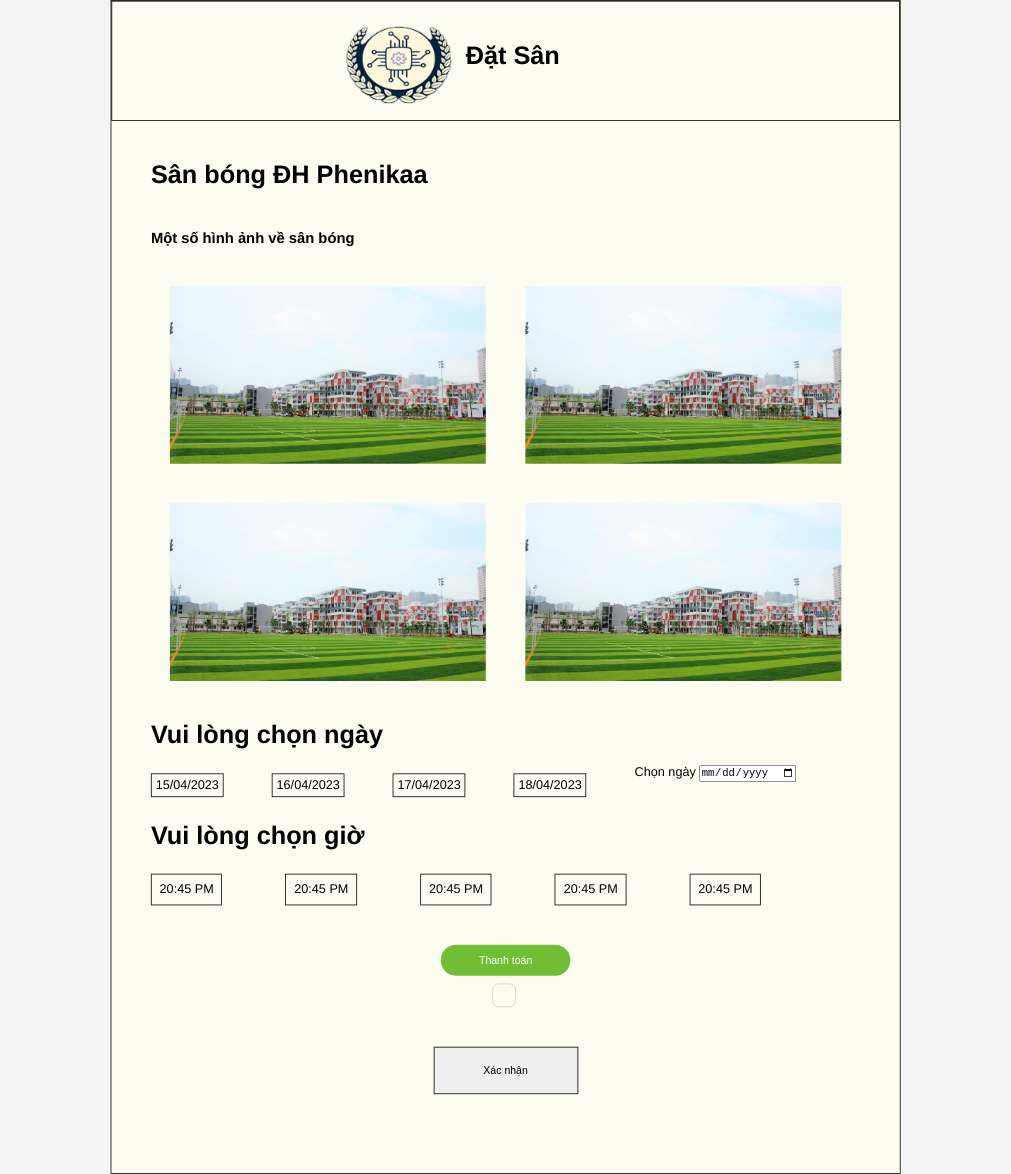
Repository: tus3300/BTL
Page: code/tacket.html
The author's editor kept a copy of each file at every save. The page is drawn from the files as they stood at one save, then again after the next save.
The browser window is 1280 px wide. The pictures show the whole page, at 79% of full size.

Above is the page before, as saved 2023-05-21 00:23:16.

### code/tacket.html
<div class="tacket">

    <link href="https://cdnjs.cloudflare.com/ajax/libs/font-awesome/5.15.0/css/all.min.css" rel="stylesheet">
    <link href="lib/owlcarousel/assets/owl.carousel.min.css" rel="stylesheet">
    <link rel="stylesheet" href="css/test.css">
    <link rel="preconnect" href="https://fonts.gstatic.com">
    <link href="https://fonts.googleapis.com/css2?family=Roboto:wght@300;400;500;700;900&display=swap" rel="stylesheet">
    <div class="head-tacket">
        <img src="./img/logo.png" alt="" class="">
        <h1 class="">Đặt Sân</h1>
    </div>
    <div class="main-tacket">
      <div id="toast"></div>
        <div class="head-main-tacket">
            <h1 class="">Sân bóng ĐH Phenikaa</h1>
            <h3 class="">Một số hình ảnh về sân bóng</h3>
            <div class="main-tacket-img">
                <img src="./img/news-500x280-4.jpg" alt="" class="">
                <img src="./img/news-500x280-4.jpg" alt="" class="">
                <img src="./img/news-500x280-4.jpg" alt="" class="">
                <img src="./img/news-500x280-4.jpg" alt="" class="">
            </div>
        </div>
        <div class="main-main-tacket">
            <div class="day-main-ticket">
                <h1 class="h1-main-tacket">Vui lòng chọn ngày</h1>
                <div class="round-ul">
                    <ul class="ul-day-tacket">
                        <li class="li-tacket">
                            <div class="item-tacket">
                                15/04/2023
                            </div>
                        </li>
                        <li class="li-tacket">
                            <div class="item-tacket">
                                16/04/2023
                            </div>
                        </li>
                        <li class="li-tacket">
                            <div class="item-tacket">
                                17/04/2023
                            </div>
                        </li>
                        <li class="li-tacket">
                            <div class="item-tacket">
                                18/04/2023
                            </div>
                        </li>

                        <div class="datepicker">
                            <label for="dateofbirth">Chọn ngày</label>
                            <input type="date" name="dateofbirth" id="dateofbirth">
                        </div>
                    </ul>
                </div>
            </div>

            <div class="hour-main-ticket">
                <h1 class="h1-main-tacket">Vui lòng chọn giờ</h1>
                <ul class="ul-hour-ticket">
                    <li class="li-hour-ticket">
                        <div class="hour-ticket">20:45 PM</div>
                    </li>
                    <li class="li-hour-ticket">
                        <div class="hour-ticket">20:45 PM</div>
                    </li>
                    <li class="li-hour-ticket">
                        <div class="hour-ticket">20:45 PM</div>
                    </li>
                    <li class="li-hour-ticket">
                        <div class="hour-ticket">20:45 PM</div>
                    </li>
                    <li class="li-hour-ticket">
                        <div class="hour-ticket">20:45 PM</div>
                    </li>
                </ul>
            </div>
        </div>
    </div>

    <div class="foot-ticket">
        <div class="bill-ticket">
           <div onclick="showSuccessToast();" class="btn btn--success"><button>Thanh toán</button></div>
        </div>
        <div class="check-bill">
            <style>
              .checkbox-style {
                display: inline-flex;
                align-items: center;
                gap: 10px;
                cursor: pointer;
                display: flex;
                justify-content: center;
                align-items: center;
                margin-top: 10px;
                margin-left: 5px;
              }
              .checkbox-label {
                cursor: pointer;
              }
              .checkbox-style input {
                display: none;
              }
              .checkbox-box {
                width: 30px;
                height: 30px;
                border: 1px solid #ccc;
                border-radius: 8px;
                padding: 5px;
                color: transparent;
                transition: all 0.2s linear;
              }
              .checkbox-input:checked + .checkbox-box {
                background-color: #6a5af9;
                border-color: #6a5af9;
                color: white;
              }
            </style>
            <label for="checkbox" class="checkbox-style">
              <input
                type="checkbox"
                name="evondev"
                id="checkbox"
                class="checkbox-input"
              />
              <div class="checkbox-box">
                <svg
                  xmlns="http://www.w3.org/2000/svg"
                  class="h-5 w-5"
                  viewBox="0 0 20 20"
                  fill="currentColor"
                >
                  <path
                    fill-rule="evenodd"
                    d="M16.707 5.293a1 1 0 010 1.414l-8 8a1 1 0 01-1.414 0l-4-4a1 1 0 011.414-1.414L8 12.586l7.293-7.293a1 1 0 011.414 0z"
                    clip-rule="evenodd"
                  />
                </svg>
              </div>
              <label for="checkbox" class="checkbox-label"></label>
            </label>
        </div>
        <div class="check-ticket">
          <a href="" class=""><button>Xác nhận</button></a>
        </div>
    </div>


  <script src="js/test.js"></script>
</div>
<script src="js/date.js"></script>

### code/css/test.css
* {
  padding: 0;
  margin: 0;
  box-sizing: border-box;
}

body {
  height: 100vh;
  display: flex;
  flex-direction: column;
  font-family: "Helvetica Neue";
  background-color: #f4f4f5;
}

body > div {
  margin: auto;
}

/* ======= Buttons ======== */

/* Block */
.btn {
  display: inline-block;
  text-decoration: none;
  background-color: transparent;
  border: none;
  outline: none;
  color: #fff;
  padding: 12px 48px;
  border-radius: 50px;
  cursor: pointer;
  min-width: 120px;
  transition: opacity 0.2s ease;
}

/* Modifier */
.btn--size-l {
  padding: 16px 56px;
}

.btn--size-s {
  padding: 8px 32px;
}

.btn:hover {
  opacity: 0.8;
}

.btn + .btn {
  margin-left: 16px;
}

.btn--success {
  background-color: #71be34;
}

.btn--warn {
  background-color: #ffb702;
}

.btn--danger {
  background-color: #ff623d;
}

.btn--disabled {
  opacity: 0.5 !important;
  cursor: default;
}

/* ======= Toast message ======== */

#toast {
  position: fixed;
  top: 32px;
  right: 32px;
  z-index: 999999;
}

.toast {
  display: flex;
  align-items: center;
  background-color: #fff;
  border-radius: 2px;
  padding: 20px 0;
  min-width: 400px;
  max-width: 450px;
  border-left: 4px solid;
  box-shadow: 0 5px 8px rgba(0, 0, 0, 0.08);
  transition: all linear 0.3s;
}

@keyframes slideInLeft {
  from {
    opacity: 0;
    transform: translateX(calc(100% + 32px));
  }
  to {
    opacity: 1;
    transform: translateX(0);
  }
}

@keyframes fadeOut {
  to {
    opacity: 0;
  }
}

.toast--success {
  border-color: #47d864;
}

.toast--success .toast__icon {
  color: #47d864;
}

.toast--info {
  border-color: #2f86eb;
}

.toast--info .toast__icon {
  color: #2f86eb;
}

.toast--warning {
  border-color: #ffc021;
}

.toast--warning .toast__icon {
  color: #ffc021;
}

.toast--error {
  border-color: #ff623d;
}

.toast--error .toast__icon {
  color: #ff623d;
}

.toast + .toast {
  margin-top: 24px;
}

.toast__icon {
  font-size: 24px;
}

.toast__icon,
.toast__close {
  padding: 0 16px;
}

.toast__body {
  flex-grow: 1;
}

.toast__title {
  font-size: 16px;
  font-weight: 600;
  color: #333;
}

.toast__msg {
  font-size: 14px;
  color: #888;
  margin-top: 6px;
  line-height: 1.5;
}

.toast__close {
  font-size: 20px;
  color: rgba(0, 0, 0, 0.3);
  cursor: pointer;
}
.tacket {
  border:#000 solid 1px;
  width: 1000px;
  height: auto;
  margin: 0 auto;
  background: #fdfcf0;


}
.head-tacket{
  text-align: center;
  display: flex;
  justify-content: center;
  padding-right: 150px;
  border: #000 solid 1px;
}
.head-tacket h1 {
  justify-content: center;
  margin-top: 50px;
}

.main-tacket{
  margin-left: 50px;
}
.head-main-tacket  {
  margin-top: 50px;
}
.head-main-tacket h4{
  font: 1em sans-serif;
}
.head-main-tacket h3{
  margin-top: 50px;
}
.main-tacket-img {
  display: flex;
  flex-wrap: wrap;
  justify-content: center;
  align-items: center;
  margin-bottom: 50px;
}
.main-tacket-img img{
  width: 400px;
  display: flex;
  margin-top: 50px;
  margin-right: 50px;
}
.ul-day-tacket{
  display: flex;
  align-items: center;
}
.li-tacket{
  margin-right: 50px;
  list-style: none;
  float: left;
}
.round-ul {
  margin-top: 30px;
  margin-bottom: 30px;
}
.item-tacket{
  display:block;
  border: 1px solid #000;
  padding:5px;
  margin-right: 11px;
  z-index: 2;
}
.item-tacket:hover,
.hour-ticket:hover{
  background-color: #ED1C24;
  color:#fff;
  cursor: pointer;
}
.item-tacket.active,
.hour-ticket.active{
  background-color: #ED1C24;
  color:#fff;
}
.datepicker{
  margin-top: -30px;
  margin-right: 20px;
}
.ul-hour-ticket{
  display:flex;
  margin-top: 30px;
}
.li-hour-ticket {
  display: flex;
  justify-content: center;
  align-items: center;
  margin-right: 80px;

  border: 1px solid #000;
}
.hour-ticket{
  padding: 10px;
}
.li-hour-ticket:hover {
  background-color: #ED1C24;
  text-decoration: none;
  color:#fff;
}
.bill-ticket{
  display:flex;
  justify-content: center;
  align-items: center;
  margin-top: 50px;
}
.bill-ticket button{
  background-color: #71be34;
  border:none;
  color:white;
}

.check-ticket button{
  border: 1px solid #000;
}
.check-ticket{
  display:flex;
  justify-content: center;
  align-items: center;
  margin-top: 50px;
  margin-bottom: 100px;

}
.check-ticket button:hover {
  background-color: #ED1C24;
  text-decoration: none;
  color:#fff;
}
.check-ticket button{
  width: 183px;
  height: 60px;
}

### code/js/test.js

  // Toast function
function toast({ title = "", message = "", type = "info", duration = 5000 }) {
  const main = document.getElementById("toast");
  if (main) {
    const toast = document.createElement("div");

    // Auto remove toast
    const autoRemoveId = setTimeout(function () {
      main.removeChild(toast);
    }, duration + 2000);

    // Remove toast when clicked
    toast.onclick = function (e) {
      if (e.target.closest(".toast__close")) {
        main.removeChild(toast);
        clearTimeout(autoRemoveId);
      }
    };

    const icons = {
      success: "fas fa-check-circle",
      info: "fas fa-info-circle",
      warning: "fas fa-exclamation-circle",
      error: "fas fa-exclamation-circle"
    };
    const icon = icons[type];
    const delay = (duration / 1000).toFixed(2);

    toast.classList.add("toast", `toast--${type}`);
    toast.style.animation = `slideInLeft ease .3s, fadeOut linear 1s ${delay}s forwards`;

    toast.innerHTML = `
                    <div class="toast__icon">
                        <i class="${icon}"></i>
                    </div>
                    <div class="toast__body">
                        <h3 class="toast__title">${title}</h3>
                        <p class="toast__msg">${message}</p>
                    </div>
                    <div class="toast__close">
                        <i class="fas fa-times"></i>
                    </div>
                `;
    main.appendChild(toast);
  }
}
function showSuccessToast() {
  toast({
    title: "Thành công!",
    message: "Bạn đã đăng ký thành công tài khoản tại F8.",
    type: "success",
    duration: 5000
  });
}

function showErrorToast() {
  toast({
    title: "Thất bại!",
    message: "Có lỗi xảy ra, vui lòng liên hệ quản trị viên.",
    type: "error",
    duration: 5000
  });
}

### code/js/date.js
const itemTacket = document.querySelectorAll('.item-tacket');

itemTacket.forEach((item) => {
    item.addEventListener("click" ,function(event){
        itemTacket.forEach((el) => el.classList.remove('active'));
        event.target.classList.add('active')
    })
})


const hourticket = document.querySelectorAll('.hour-ticket');

hourticket.forEach((item) => {
    item.addEventListener("click" ,function(event){
        hourticket.forEach((el) => el.classList.remove('active'));
        event.target.classList.add('active')
    })
})

Loaded but not shown: code/lib/owlcarousel/assets/owl.carousel.min.css (common file)

After the next save:
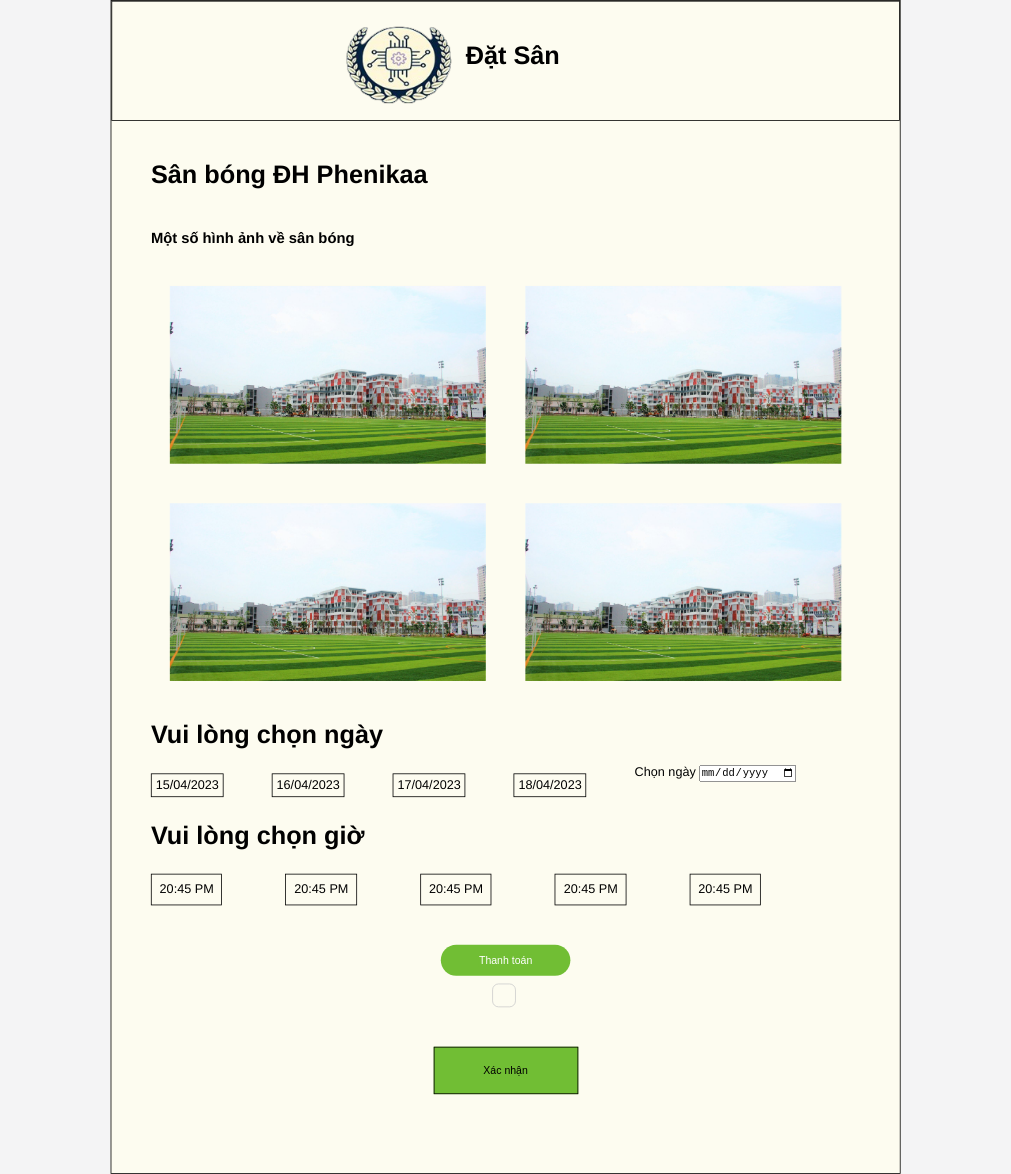
Saved 68 s later.
--- a/code/css/test.css
+++ b/code/css/test.css
@@ -288,6 +288,8 @@
 
 .check-ticket button{
   border: 1px solid #000;
+  background-color: #71be34;
+
 }
 .check-ticket{
   display:flex;
